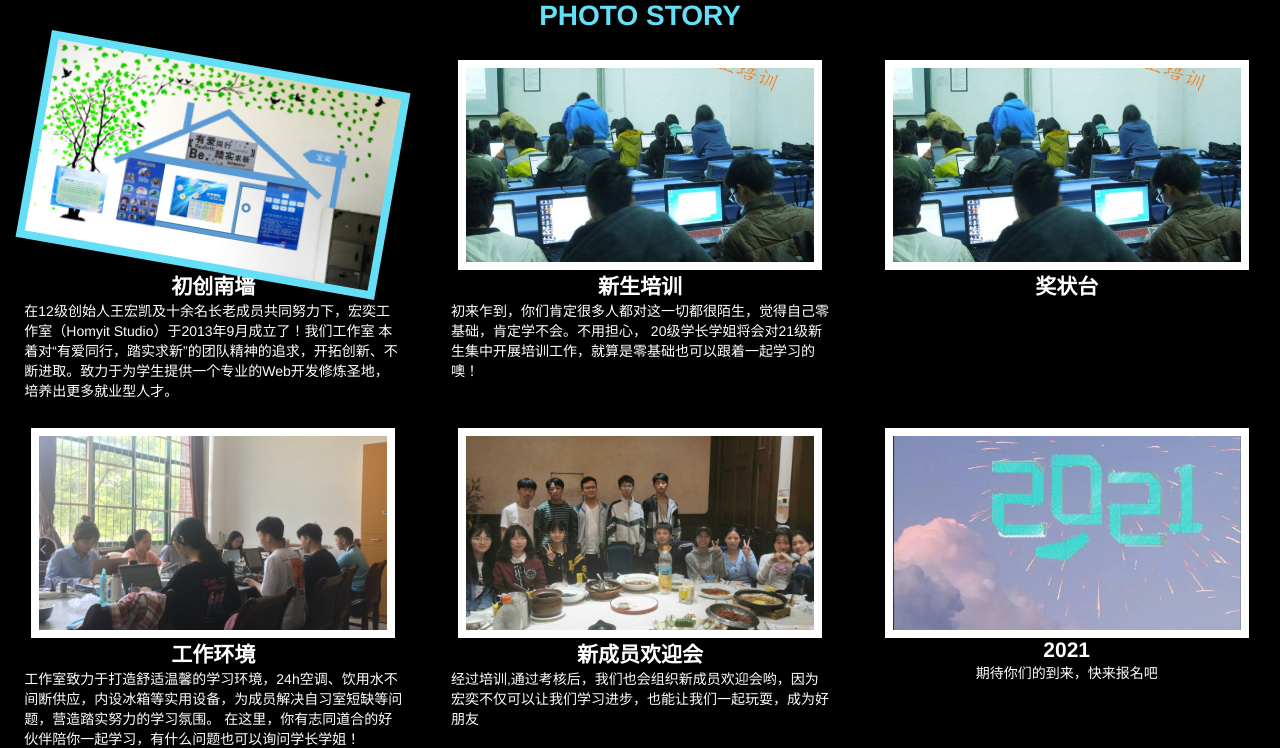
Repository: Homyit20/website
Page: /#/photo
These files come from the project's save history. The page is drawn as it stood at one moment and after the next save; the edit follows.
The browser window is 1280 px wide. The pictures show the whole page.
The project was rebuilt for these pictures with package versions that can differ from the ones it lists, and the page was loaded fresh each time. Also part of the build but not shown: vue.config.js.

Above is the page before, as saved 2021-08-10 16:58:23.

### public/index.html
<!DOCTYPE html>
<html lang="">
  <head>
    <meta charset="utf-8">
    <meta http-equiv="X-UA-Compatible" content="IE=edge">
    <meta name="viewport" content="width=device-width,initial-scale=1.0">
    <link rel="icon" href="<%= BASE_URL %>favicon.ico">
    <!-- <title><%= htmlWebpackPlugin.options.title %></title> -->
    <title><%= htmlWebpackPlugin.options.title %></title>
    <style>
      *{
        cursor: url("火箭.ico"),auto;
      }
      .body{
        overflow-x: hidden;
      }
    </style>
  </head>
  <body class="body">
    <noscript>
      <strong>We're sorry but <%= htmlWebpackPlugin.options.title %> doesn't work properly without JavaScript enabled. Please enable it to continue.</strong>
    </noscript>
    <div id="app"></div>
    <!-- built files will be auto injected -->
  </body>
</html>

### src/main.js
import Vue from 'vue'
import App from './App.vue'
import router from './router'
import store from './store'
// import VueCookies from 'vue-cookies'
// import axios from 'axios'
// import VueAxios from 'vue-axios'
import 'animate.css/animate.min.css'
// Vue.use(VueCookies)
// Vue.use(VueAxios, axios);

Vue.config.productionTip = false

new Vue({
  router,
  store,
  render: h => h(App),
}).$mount('#app')

//报名成功或者已报名才可进入二维码页面
router.beforeEach((to, from, next) => {
  //路由导航
  if (to.meta.islogin) {

    if (store.state.success == 1) {
      next()
    } else {
      next({
        path: from.path
      })
    }
  } else {

    if (to.meta.islogin) {
      if (store.state.success == 1) {
        next()
      } else {
        next({
          path: from.path
        })
      }
    } else {
      next()
    }
  }
})
window.onload = function(){
  document.title = "HOMYIT STUDIO"
}

### src/App.vue
<template>
  <div id="app">
    <router-view></router-view>
  </div>
</template>

<script>
// import NavBar from "./components/enter/enter.vue"
export default {
  name: "App"
};
</script>

<style>
* {
  margin: 0;
  padding: 0;
  box-sizing: border-box;
}
html {
  font-size: 14px;
}
#app {
  font-family: Avenir, Helvetica, Arial, sans-serif;
}
</style>

### src/router/index.js
import Vue from 'vue'
import VueRouter from 'vue-router'

Vue.use(VueRouter);

const routes = [
    {
        path: '/',
        redirect: '/enter',
        meta : {
            title : 'enter'
        }
    },
    {
        path: '/technique',
        component: () => import('../views/technique.vue'),
        meta : {
            title : 'technique'
        }
    },
    {
        path: '/develop',
        component: () => import('../views/develop.vue'),
        meta : {
            title : 'develop'
        }
    },
    {
        path: '/enter',
        component: () => import('../views/enter.vue'),
        meta : {
            title : 'enter'
        }
    },
    {
        path: '/login',
        component: () => import('../views/login.vue'),
        redirect: '/login/loginform',
        children: [{
            path: '/login/loginform',
            component: () => import('../components/content/loginform.vue'),
            meta : {
                title : 'login'
            }
        },
        {
            path: '/login/contact',
            component: () => import('../components/content/contact.vue'),
            meta: {
                islogin: true,
                title : 'contact'
            }
        }
        ]
    },
    {
        path: '/home',
        component: () => import('../views/Home.vue'),
        meta : {
            title : 'home'
        }
    }, {
        path: '/background',
        component: () => import('../views/background.vue'),
        meta : {
            title : 'background'
        }
    },
    {
        path : '/photo',
        component : () => import('../views/photo.vue')
    }
]

const router = new VueRouter({
    routes
})

export default router;

### src/store/index.js
import Vue from 'vue'
import Vuex from 'vuex'

Vue.use(Vuex)

const store = new Vuex.Store({
    state : {
        success : 0,
        isnav : false
    },
    mutations : {
        judge(state){
            state.success = 1
        }
    }
})

export default store;

### src/views/photo.vue
<template>
  <div class="photos-back">
    <h1>PHOTO STORY</h1>
    <div class="photo-content">
      <div class="photo-content-img">
        <img src="../assets/techlogin/images/南墙.png" class="photo-animate-one our-photo" @click="changephoto(0)">
        <h2 class="photo-active">初创南墙</h2>
        <p>在12级创始人王宏凯及十余名长老成员共同努力下，宏奕工作室（Homyit Studio）于2013年9月成立了！我们工作室
          本着对“有爱同行，踏实求新”的团队精神的追求，开拓创新、不断进取。致力于为学生提供一个专业的Web开发修炼圣地，培养出更多就业型人才。
        </p>
      </div>
      <div class="photo-content-img">
        <img src="../assets/techlogin/images/新生培训.jpg" class="our-photo" @click="changephoto(1)">
        <h2>新生培训</h2>
        <p>初来乍到，你们肯定很多人都对这一切都很陌生，觉得自己零基础，肯定学不会。不用担心，
          20级学长学姐将会对21级新生集中开展培训工作，就算是零基础也可以跟着一起学习的噢！</p>
      </div>
      <div class="photo-content-img">
        <img src="../assets/techlogin/images/新生培训.jpg" class="our-photo" @click="changephoto(2)">
        <h2>奖状台</h2>
        <p></p>
      </div>
      <div class="photo-content-img">
        <img src="../assets/techlogin/images/工作环境.png" class="our-photo" @click="changephoto(3)">
        <h2>工作环境</h2>
        <p>工作室致力于打造舒适温馨的学习环境，24h空调、饮用水不间断供应，内设冰箱等实用设备，为成员解决自习室短缺等问题，营造踏实努力的学习氛围。
          在这里，你有志同道合的好伙伴陪你一起学习，有什么问题也可以询问学长学姐！
        </p>
      </div>
      <div class="photo-content-img">
        <img src="../assets/techlogin/images/2020.jpg" class="our-photo" @click="changephoto(4)">
        <h2>新成员欢迎会</h2>
        <p>经过培训,通过考核后，我们也会组织新成员欢迎会哟，因为宏奕不仅可以让我们学习进步，也能让我们一起玩耍，成为好朋友</p>
      </div>
      <div class="photo-content-img">
        <img src="../assets/techlogin/images/2021.png" @click="phototojoin()">
        <h2>2021</h2>
        <p>期待你们的到来，快来报名吧</p>
      </div>
    </div>
  </div>
</template>

<script>
  let photobefore = 0;
  export default {
    name : 'photo',
    methods:{
      changephoto(value){
        let ourphoto = document.getElementsByClassName('our-photo');
        let photoh2 = document.getElementsByTagName('h2');
        photoh2[value].style.color = '#65dff5';
        photoh2[photobefore].style.color = '#fff';
        ourphoto[0].classList.remove('photo-animate-one');
        ourphoto[photobefore].classList.remove('photo-animate-one');
        ourphoto[value].classList.add('photo-animate-one');
        photobefore = value;
      },
      phototojoin(){
      this.$router.push({
        path : '/login/loginform'
      })
    }
    }
  }
</script>

<style>
.photos-back{
  width: 100vw;
  background-color: #000;
  display: flex;
  flex-direction: column;
  align-items: center;
  color: #65dff5;
}
.photo-content{
  display: flex;
  justify-content: space-around;
  flex-wrap: wrap;
}
.photo-content-img{
  display: flex;
  flex-direction: column;
  align-items: center;
  width: 27rem;
  margin-top: 2rem;
  color: #fff;
}
.photo-content-img .active-photo{
  color: #65dff5;
}
.photo-content-img p{
  box-shadow: 1px 1px 3px #000;
}
.photo-content-img img{
  border: 8px solid #fff;
  width: 26rem;
  height: 15rem;
  object-fit: cover;
}
  .photo-content-img .photo-animate-one{
    border: 8px solid #65dff5;
    animation: photoone 2s infinite ease-in-out;
  }
/* 动画 */
@keyframes photoone {
  0%{
    transform: rotate(0deg);
  }
  50%{
    transform: rotate(10deg);
  }
  100%{
    transform: rotate(0deg);
  }
}


@media screen and (max-width : 800px){
  .photo-content{
    display: flex;
    flex-direction: column;
    align-items: center;
 }
 .photo-content-img{
   width: 23rem;
 }
   .photo-content-img img{
    width: 22rem;
    height: 12rem;
  }
}
@media screen and (min-width: 1500px){
  .photo-content-img{
    width: 35rem;
  }
  .photo-content-img img{
    width: 34rem;
    height: 20rem;
  }
}
</style>

After the next save:
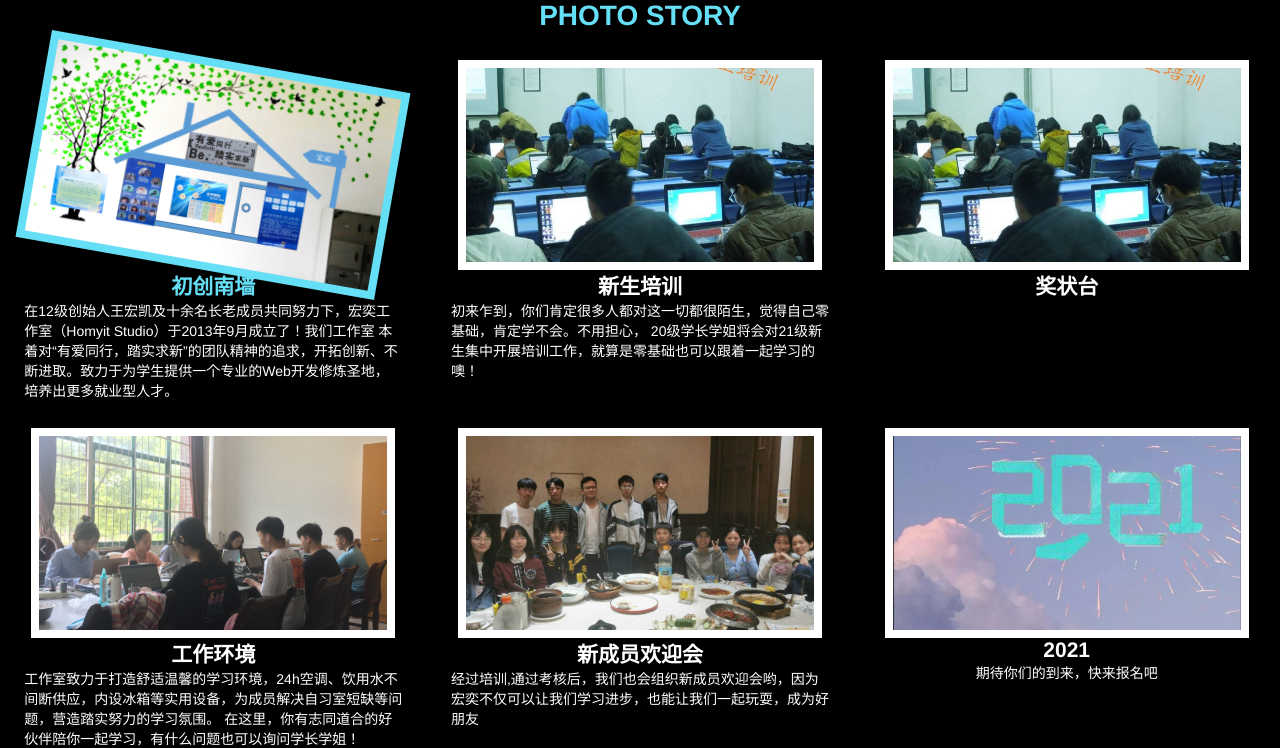
Saved 38 s later.
--- a/src/views/photo.vue
+++ b/src/views/photo.vue
@@ -4,7 +4,7 @@
     <div class="photo-content">
       <div class="photo-content-img">
         <img src="../assets/techlogin/images/南墙.png" class="photo-animate-one our-photo" @click="changephoto(0)">
-        <h2 class="photo-active">初创南墙</h2>
+        <h2 class="active-photo">初创南墙</h2>
         <p>在12级创始人王宏凯及十余名长老成员共同努力下，宏奕工作室（Homyit Studio）于2013年9月成立了！我们工作室
           本着对“有爱同行，踏实求新”的团队精神的追求，开拓创新、不断进取。致力于为学生提供一个专业的Web开发修炼圣地，培养出更多就业型人才。
         </p>
